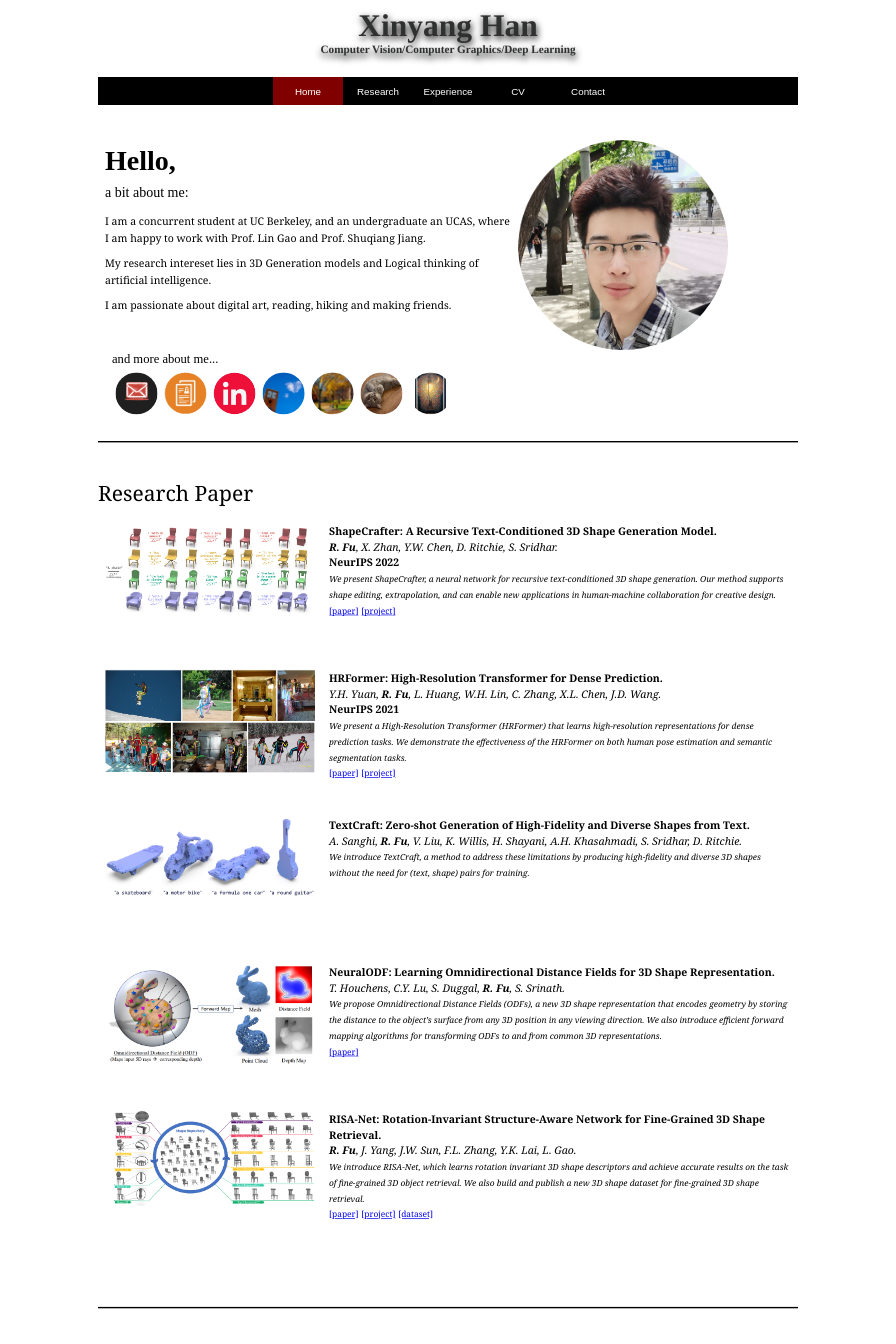
Repository: XinyangHan/XinyangHan.github.io
Page: index.html
The author's editor kept a copy of each file at every save. The page is drawn from the files as they stood at one save, then again after the next save.
The browser window is 1280 px wide. The pictures show the part of the page from y = 0 to 1920 px (the page is 4103 px tall), at 70% of full size.

Above is the page before, as saved 2023-02-11 14:05:46.
Console error (its wording comes from the project's code and is left out).

### index.html
<!DOCTYPE html>
<html>

<head>
	<meta charset="utf-8">
	<meta name="keywords" content="Rao FU, Rao FU, Rao Fu Homepage, Rao Fu Webpage, Rao Fu UCAS, Rao Fu Brown">
	<meta name="description" content="Rao FU's homepage">
	<meta name="viewport" content="width=device-width, initial-scale=1">
	<title>Rao FU | Homepage</title>
	<link href="style.css" rel="stylesheet" />
	<style>
	</style>



</head>

<body>
<!-------------------------------------------------- Header -------------------------------------------------->
<div id="header">
	<h1> Xinyang Han </h1>
	<h2>Computer Vision/Computer Graphics/Deep Learning</h2>
</div><!-- Header -->

<!-------------------------------------------------- Navbar -------------------------------------------------->
<div id="nav-wrapper">
<div id="nav">
			<button class="btn active" onclick="window.location.href = './index.html#content_home';">Home</button>
			<button class="btn" onclick="window.location.href = './index.html#content_project';">Research</button>
			<button class="btn" onclick="window.location.href = './index.html#content_exp';">Experience</button>
			<button class="btn" onclick="window.location.href = './resource/My_CV.pdf'; target='_blank'; ">CV</button>
			<button class="btn" onclick="window.location.href = './index.html#c_contact_biography';">Contact</button>
			<!-- <a href="./index.html#content_home" class="active">Home</a>  -->
			<!-- <a href="./index.html#content_project">Research</a> -->
			<!-- <a href="./index.html#content_exp">Experience</a> -->
			<!-- <a href="./resource/MY_CV.pdf">CV</a> -->
			<!-- <a href="./index.html#c_contact_biography">Contact</a> -->
</div> <!-- #nav -->
</div>

<!-------------------------------------------------- Script -------------------------------------------------->
<script>
	// Get the container element
	var btnContainer = document.getElementById("nav");

	// Get all buttons with class="btn" inside the container
	var btns = btnContainer.getElementsByClassName("btn");

	// Loop through the buttons and add the active class to the current/clicked button
	for (var i = 0; i < btns.length; i++) {
	btns[i].addEventListener("click", function() {
		var current = document.getElementsByClassName("active");
		current[0].className = current[0].className.replace(" active", "");
		this.className += " active";
	});
	}
</script>

<!-------------------------------------------------- Content Home-------------------------------------------------->
<div class="content"  id="content_home">

	<div class="c_home_wrapper">
		<div id="c_biography">
			<strong id="c_font1">Hello,</strong><br>
			<span class="c_font2">a bit about me:</span><br>
			<p class="c_font3">
				I am a concurrent student at UC Berkeley, and an undergraduate an UCAS, where I am happy to work with Prof. Lin Gao and Prof. Shuqiang Jiang.
			</p>
			<p class="c_font3">
				My research intereset lies in 3D Generation models and Logical thinking of artificial intelligence.
			</p>
			<p class="c_font3">
				I am passionate about digital art, reading, hiking and making friends.
			</p>
		</div>

		<div id="c_profile">
			<div class="c_thumbnail">
				<img src="img/round_profile.png" id="buttons" alt="profile_button" >
				<div class="overlay">
					<p>
						勿戳！<br>
						Don't poke my cheeks!<br>
						¡no me toques las mejillas! <br>
						मेरे गाल मत दबाओ! <br>
						আমার গালে খোঁচা দিও না! <br>
						não cutuque minhas bochechas! <br>
						не тыкай меня в щеки! <br>
						私の頬をつつかないで！ <br>
						ਮੇਰੀਆਂ ਗੱਲ੍ਹਾਂ ਨੂੰ ਨਾ ਮਾਰੋ! <br>
						唔好戳我嘅脸颊！<br>
						đừng chọc má tôi!<br>
						నా బుగ్గలు కుట్టకు!<br>
						yanaklarımı dürtme!<br>
						내 뺨을 찌르지 마! <br>
						ne touchez pas mes joues!<br>
						stoß mir nicht in die Wangen!<br>
						என் கன்னங்களை குத்தாதே!<br>
						میرے گالوں کو مت مارو!<br>
						ojo nyocot pipiku!<br>
						non toccarmi le guance!<br>
						لا تكز خدي!<br>
					</p>
				</div>
			</div>
		</div>

		<div id="c_info">
			<!-- <strong id="c_font4">And more</strong><br>
			<strong id="c_font4">about me</strong><br> -->
			<span class="c_font2_1"> and more about me... </span><br>
			<!-- CONTENT TODO -->
			<div class="thumbnail">
				<img src="img/email_icon.jpg" id="button0" alt="email_button" >
				<div class="overlay" onclick="window.location.href = 'hanxinyang20a@mails.ucas.ac.cn';" >
					<p>Email to<br>Say Hi</p>
				</div>
			</div> <!-- .thumbnail -->


			<div class="thumbnail">
				<img src="img/cv_icon.jpg" id="button1" alt="cv_button" >
				<div class="overlay"  onclick="window.location.href='./resource/Xinyang_Han_CV.pdf'; " >
					<p>CV/<br>Resume</p>
				</div>
			</div> <!-- .thumbnail -->

			<!-- <div class="thumbnail">
				<img src="img/gs_icon.png" id="button2" alt="google_button" >
				<div class="overlay" onclick="window.location.href = 'https://scholar.google.com/citations?hl=en&user=VWMWQEcAAAAJ';" >
					<p>Google<br>Scholar</p>
				</div>
			</div>  -->

			<div class="thumbnail">
				<img src="img/linkedin_icon.png" id="button3" alt="lkin_icon" >
				<div class="overlay" onclick="window.location.href = 'https://www.linkedin.com/in/xinyang-han-313bba265/;" >
					<p>LinkedIn<br>Profile</p>
				</div>
			</div> <!-- .thumbnail -->

			<div class="thumbnail">
				<img src="img/ucas_button.png" id="button4" alt="ucas_button" >
				<div class="overlay" onclick="window.location.href = 'https://en.wikipedia.org/wiki/University_of_the_Chinese_Academy_of_Sciences/';" >
					<p>B.E.@<br>UCAS</p>
				</div>
			</div> <!-- .thumbnail -->

			<div class="thumbnail">
				<img src="img/Brown_icon.jpg" id="button5" alt="brown_button">
				<div class="overlay" onclick="window.location.href = 'https://www.usc.edu/';" >
					<p>Exchanging student.@<br>UCB
					</p>
				</div>
			</div> <!-- .thumbnail -->

			<div class="thumbnail">
				<img src="img/cat_icon.jpg" id="button6" alt="cat_button">
				<div class="overlay" onclick="window.location.href = 'https://instagram.com/inocchi_mew?r=nametag';" >
					<p>My Cat<br>Inocchi
					</p>
				</div>
			</div> <!-- .thumbnail -->

			<div class="thumbnail">
				<img src="img/art_icon.jpg" id="button6" alt="art_button">
				<div class="overlay" onclick="window.location.href = './index.html#content_home';" >
					<p>Arts<br>Todo...</p>
				</div>
			</div> <!-- .thumbnail -->

		</div>
	</div><!-- Home Wrapper-->

	<div class="clearfloat"></div>
</div><!-- Content Home-->

<!-------------------------------------------------- Content Project -------------------------------------------------->
<div class="content">

	<div class="c_public_wrapper" id="content_project">
		<div class="c_font1_1">Research Paper</div>
		<div class="c_public">
			<div class="disp_wrapper">
				<!-- <a href="./img/HRFormer.png" data-lightbox="project1" data-title="HRFormer2 Structure"> -->
					<img src="./img/project_shapecrafter.jpg" class="project_img" title="ShapeCrafter Structure">
				<!-- </a> -->
				<!-- <p class="small_font">click image for details</p> -->
			</div>
			<strong>ShapeCrafter: A Recursive Text-Conditioned 3D Shape Generation Model.</strong>
			<br><em><strong>R. Fu</strong>, X. Zhan, Y.W. Chen, D. Ritchie, S. Sridhar. </em>
			<br><strong>NeurIPS 2022</strong></em>
			<br><em class="small_font">We present ShapeCrafter, a neural network for recursive text-conditioned 3D shape generation.
				Our method supports shape editing, extrapolation, and can enable new applications in human-machine collaboration for creative design.</em>
			<br><a href="https://arxiv.org/abs/2207.09446" class="small_font">[paper]</a>
			<a href="https://ivl.brown.edu/projects/shapecrafter" class="small_font">[project]</a>
		</div>

		<div class="c_public">
			<div class="disp_wrapper">
				<!-- <a href="./img/project_hrformer.png" data-lightbox="project1" data-title="HRFormer2 Structure"> -->
					<img src="./img/project_hrformer.png" class="project_img" title="HRFormer2 Structure">
				<!-- </a> -->
				<!-- <p class="small_font">click image for details</p> -->
			</div>
			<strong>HRFormer: High-Resolution Transformer for Dense Prediction.</strong>
			<br><em>Y.H. Yuan, <strong>R. Fu</strong>, L. Huang, W.H. Lin, C. Zhang, X.L. Chen, J.D. Wang. </em>
			<br><strong>NeurIPS 2021</strong></em>
			<br><em class="small_font">We present a High-Resolution Transformer (HRFormer) that learns high-resolution
				representations for dense prediction tasks. We demonstrate the effectiveness
				of the HRFormer on both human pose estimation and semantic segmentation tasks.</em>
			<br><a href="https://arxiv.org/abs/2110.09408" class="small_font">[paper]</a>
			<a href="https://github.com/HRNet/HRFormer" class="small_font">[project]</a>
		</div>

		<div class="c_public">
			<div class="disp_wrapper">
				<!-- <a href="./img/HRFormer.png" data-lightbox="project1" data-title="HRFormer2 Structure"> -->
					<img src="./img/project_textcraft.png" class="project_img" title="TextCraft Structure">
				<!-- </a> -->
				<!-- <p class="small_font">click image for details</p> -->
			</div>
			<strong>TextCraft: Zero-shot Generation of High-Fidelity and Diverse Shapes from Text.</strong>
			<br><em>A. Sanghi, <strong>R. Fu</strong>, V. Liu, K. Willis,  H. Shayani, A.H. Khasahmadi, S. Sridhar, D. Ritchie. </em>
			<!-- <br><strong>CoRR</strong></em> -->
			<br><em class="small_font">We introduce TextCraft, a method to address these limitations by producing high-fidelity
				and diverse 3D shapes without the need for (text, shape) pairs for training.</em>
			<!-- <br><a href="https://arxiv.org/pdf/2206.05837" class="small_font">[paper]</a> -->
		</div>

		<div class="c_public">
			<div class="disp_wrapper">
				<!-- <a href="./img/HRFormer.png" data-lightbox="project1" data-title="HRFormer2 Structure"> -->
					<img src="./img/project_odf.jpg" class="project_img" title="ODF Structure">
				<!-- </a> -->
				<!-- <p class="small_font">click image for details</p> -->
			</div>
			<strong>NeuralODF: Learning Omnidirectional Distance Fields for 3D Shape Representation.</strong>
			<br><em>T. Houchens, C.Y. Lu, S. Duggal, <strong>R. Fu</strong>, S. Srinath. </em>
			<!-- <br><strong>CoRR</strong></em> -->
			<br><em class="small_font">We propose Omnidirectional Distance Fields (ODFs), a new 3D shape representation
				that encodes geometry by storing the distance to the object’s surface from any 3D position in any
				viewing direction. We also introduce efficient forward mapping algorithms for transforming ODFs to and
				from common 3D representations.</em>
			<br><a href="https://arxiv.org/pdf/2206.05837" class="small_font">[paper]</a>
		</div>

		<div class="c_public">
				<div class="disp_wrapper">
					<!-- <a href="./img/project_risanet.png" data-lightbox="project1" data-title="RISA-Net Structure"> -->
						<img src="./img/project_risanet.png" class="project_img" title="RISA-Net Structure">
					<!-- </a> -->
					<!-- <p class="small_font">click image for details</p> -->
				</div>
				<strong>RISA-Net: Rotation-Invariant Structure-Aware Network for Fine-Grained 3D Shape Retrieval.</strong>
				<br><em><strong>R. Fu</strong>, J. Yang, J.W. Sun, F.L. Zhang, Y.K. Lai, L. Gao. </em>
				<!-- <br><em>CoRR </em> -->
				<br><em class="small_font">We introduce RISA-Net, which learns rotation invariant
					3D shape descriptors and achieve accurate results on the task of fine-grained 3D object retrieval. We also build and publish
					a new 3D shape dataset for fine-grained 3D shape retrieval.</em>
				<br><a href="https://arxiv.org/abs/2010.00973" class="small_font">[paper]</a>
				<a href="https://github.com/IGLICT/RisaNET" class="small_font">[project]</a>
				<a href="https://drive.google.com/drive/folders/1BpwtlhrYfR5xGcXGoYFjo9bQFtw4nFvP" class="small_font">[dataset]</a>

		</div>
	</div>
	<div class="clearfloat"></div>
</div><!-- Content Project-->

<!-------------------------------------------------- Content Experiment-------------------------------------------------->
<div class="content">

	<div class="c_education_wrapper" id="content_exp">
		<div class="c_font1_1">Education</div>

		<div class="c_education">
			<strong>BROWN UNIVERSITY</strong>
			<em class="dates">Sept.2021 – Present</em>
			<div class="clearfloat"></div>
			<div class="logo_wrapper">
				<img class="schoollogo" src="./img/brown_logo.png" alt="BROWN Logo" />
			</div>
			<ul>
			<li>Title: Computer Science Ph.D. Student</li>
			<li>Concentration: Vision, Graphics and Robotics</li>
			</ul>
		</div>

		<div class="c_education">
			<strong>UNIVERSITY OF CHINESE ACADEMY OF SCIENCES</strong>
			<em class="dates">Sept. 2017-Jul. 2021</em>
			<div class="clearfloat"></div>
			<div class="logo_wrapper">
				<img class="schoollogo" src="./img/cas_logo.jpg" alt="CAS Logo" />
			</div>
			<ul>
			<li>Degree: Bachelor of Computer Science.</li>
			<li>GPA: 3.72/4.00.</li>
			<li>Core GPA: 3.82/4.00.</li>
			<li><em>Outstanding Thesis Awards.</em> </li>
			<li><em></em>National Inspirational Scholarship(5%).</em></li>
			</ul>
		</div>

		<div class="c_education">
			<strong>UNIVERSITY OF SOUTHERN CALIFORNIA</strong>
			<em class="dates">Jan. 2020-May. 2020</em>
			<div class="clearfloat"></div>
			<div class="logo_wrapper">
				<img class="schoollogo" src="./img/usc_logo.png" alt="USC Logo" />
			</div>
			<ul>
			<li>Title: Visiting Student.</li>
			<li>GPA: 4.00/4.00.</li>
			</ul>

		</div>

		<div class="c_education">
			<strong>BEIJING NATIONAL DAY SCHOOL</strong>
			<em class="dates">Sept. 2011-Jul. 2017</em>
			<div class="clearfloat"></div>
			<div class="logo_wrapper">
				<img class="schoollogo" src="./img/bnds_logo.png" alt="USC Logo" />
			</div>
			<ul>
			<li>Title: Student.</li>
			<li>GPA: 3.9/4.0.</li>
			</ul>

		</div>
	</div>

	<div class="c_intern_wrapper">
		<div class="c_font1_1">Employment</div>

		<div class="c_intern">
			<strong>Research intern: Autodesk Inc.</strong>
				<em class="dates">May. 2022 – Present</em>
			<br><br><em>Group: AI Lab</em><em class="dates">Toronto, Canada</em>
			<ul>
				<li>Research on Lauguage-guided 3D Shape Generation.</li>
			</ul>
		</div>

		<div class="c_intern">
			<strong>Research intern: Microsoft Research, Asia</strong>
				<em class="dates">Mar. 2021 – July. 2021</em>
			<br><br><em>Group: Speech Group, Visual Computing Group</em><em class="dates">Beijing, China</em>
			<ul>
				<li>Research on High-Resolution Machine Perception Backbone</li>
			</ul>
		</div>

		<div class="c_intern">
			<strong>Research intern: University of California, San Diego</strong>
				<em class="dates">May. 2020 – Nov. 2020</em>
			<br><br><em>Advisor: Prof. Hao Su.</em><em class="dates">San Diego, CA, USA</em>
			<ul>
				<li>Research on Robot Grasping with Two-Finger Grippers.</li>
				<li>Research on Humanoid Robot Grippers.</li>
			</ul>
		</div>

		<div class="c_intern">
				<strong>Research intern: Institute of Computing Technology, CAS.</strong>
					<em class="dates">Jul. 2019 – Nov. 2020</em>
				<br><br><em>Advisor: Prof. Lin Gao</em> <em class="dates">Beijing, China</em>
				<ul>
					<li>Research on Fine-grained 3D Shape Retrieval.</li>
					<li>Research on Talking Head Generation.</li>
				</ul>
		</div>
	</div>

	<div class="clearfloat"></div>

</div><!-- Content Experiment-->

<!-------------------------------------------------- Content Contact-------------------------------------------------->
<div class="content">
	<div class="c_contact_wrapper">
	<!-- 	<div id="c_contact_biography">
			<span class="c_font1_1">Contact me:</span><br>
			<p class="c_font3">
			Email: <a href="mailto:rao_fu@brown.edu">rao_fu@brown.edu</a>
			</p>
			<p class="c_font3">
			Mail: Brown University Box 1910, Providence, RI 02912
			</p>
		</div> -->

		<div id="c_contact_profile">
			<span class="c_font1_1">Buy me a Boba:</span><br>
			<p class="c_font3">
			If you like my homepage and think it's useful, welcome to buy me a Boba via Wechat or Paypal down here:
			</p>
			<div id="c_contact_thumbnail_1">
			</div>
			<div id="c_contact_thumbnail_2">
			</div>
		</div>

		<div class="clearfloat"></div>
	</div><!-- Content Contact Wrapper-->
</div><!-- Content Contact -->


<div class="clearfloat"></div>
<!-------------------------------------------------- Footer -------------------------------------------------->
<div id="footer">
	<!-- <div class="b_thumbnail">
		<img class="b_img" src="img/i3.png" alt="email">
	</div>
	<div class="b_font">
		<a href="mailto:rao_fu@brown.edu">rao_fu@brown.edu</a>
	</div>
	<div class="b_thumbnail">
		<img class="b_img" src="img/i4.png" alt="git">
	</div>
	<div class="b_font">
		<a href="https://github.com/freddierao">github.com/freddierao</a>
	</div>	 -->
	<div class="b_thumbnail">
		<img class="b_img" src="img/i2.png" alt="copyright">
	</div>
	<div class="b_font">
		&copy; 2022 by Rao FU
	</div>
	<div class="clearfloat"></div>
</div><!-- Footer -->
<script>
window.onscroll = function() {myFunction()};

var navbar = document.getElementById("nav-wrapper");
var sticky = navbar.offsetTop;

function myFunction() {
  if (window.pageYOffset >= sticky) {
    navbar.classList.add("sticky")
  } else {
    navbar.classList.remove("sticky");
  }
}
</script>
</body>
</html>

Loaded but not shown: style.css (556 lines, source omitted)

After the next save:
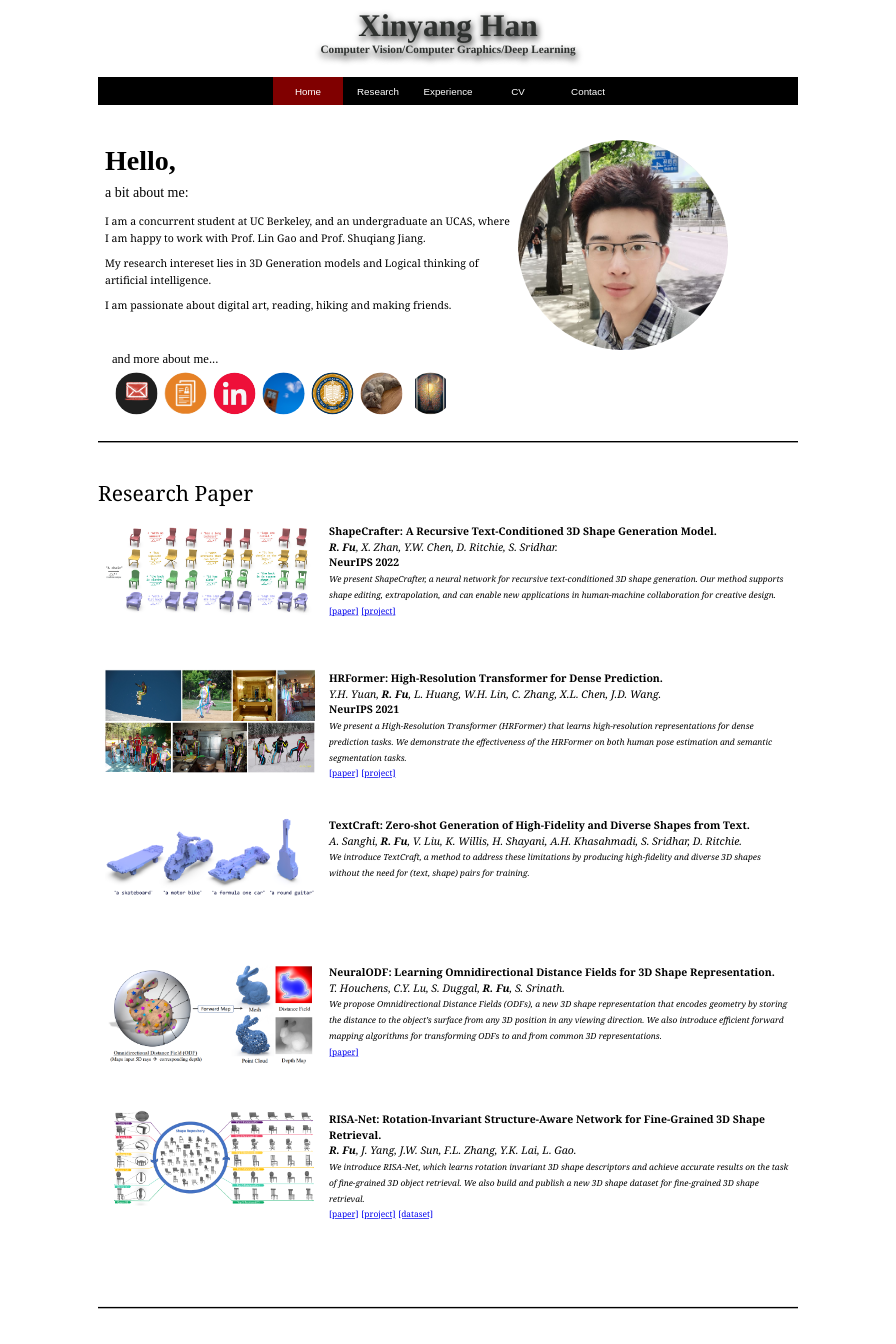
Saved 92 s later.
--- a/index.html
+++ b/index.html
@@ -147,7 +147,7 @@
 			</div> <!-- .thumbnail -->
 
 			<div class="thumbnail">
-				<img src="img/Brown_icon.jpg" id="button5" alt="brown_button">
+				<img src="img/Seal_of_University_of_California,_Berkeley.svg.png" id="button5" alt="brown_button">
 				<div class="overlay" onclick="window.location.href = 'https://www.usc.edu/';" >
 					<p>Exchanging student.@<br>UCB
 					</p>
